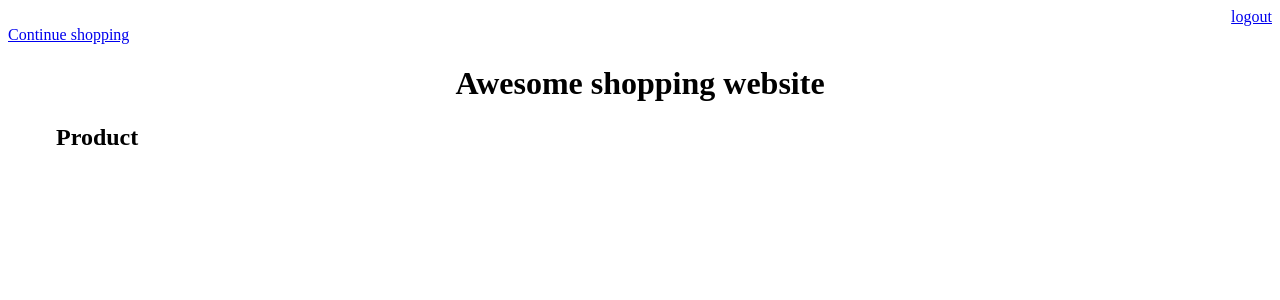
Repository: balu-sadanandan/demo-Shopping-cart-application
Page: http://localhost/shopping-cart/proddesc.jsp
An editor plug-in stored every save of this project. The page is shown before and after the next save, followed by the edit.
The browser window is 1280 px wide. The pictures show the whole page.
The page is served by Tomcat 9.

Above is the page before, as saved 2017-09-19 04:47:42.

After the next save:
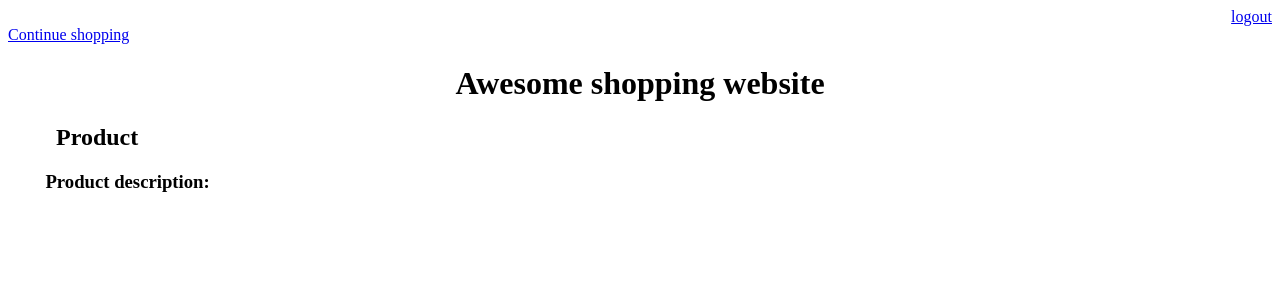
Saved 12 min 40 s later.
--- a/shopping-cart/WebContent/proddesc.jsp
+++ b/shopping-cart/WebContent/proddesc.jsp
@@ -22,6 +22,7 @@
    <div align="left">
 
     <h2>&nbsp;&nbsp;&nbsp;&nbsp;&nbsp;&nbsp;&nbsp;&nbsp;Product</h2>
+    <h3>&nbsp;&nbsp;&nbsp;&nbsp;&nbsp;&nbsp;&nbsp;&nbsp;Product description:</h3>
 </div>
 
 
